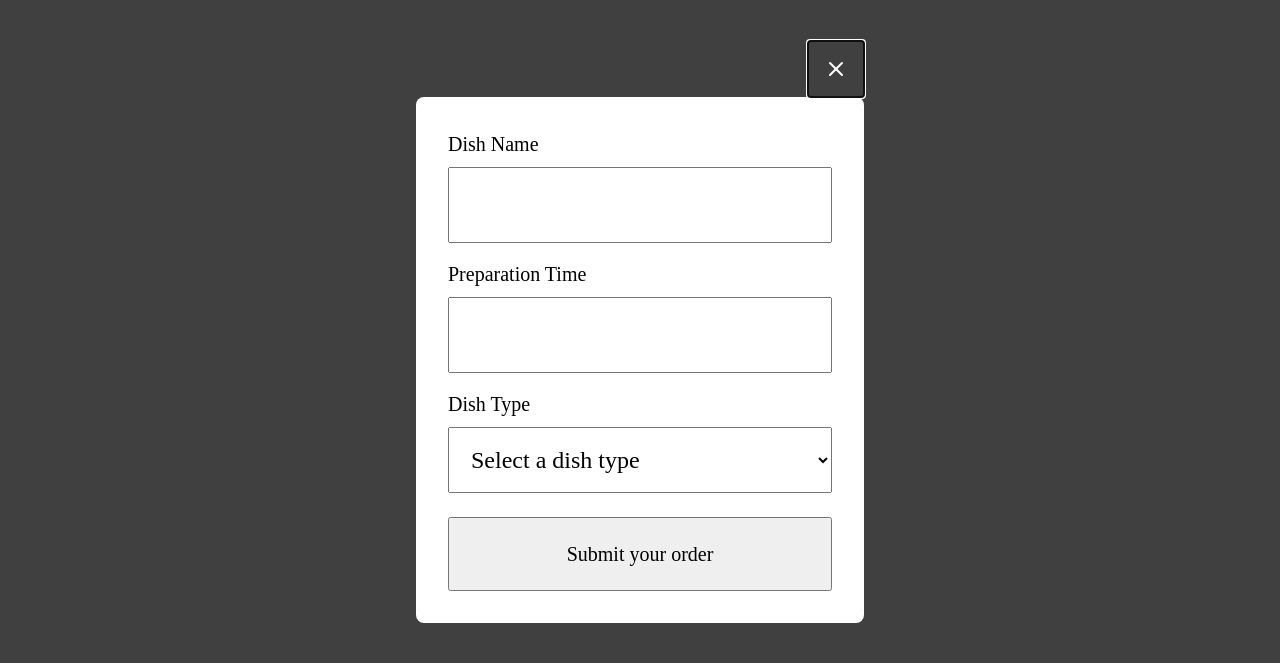
Repository: hjubsoni/hex-ocean-task
Page: /, after clicking the first element matching `button.order-button`
The author's editor kept a copy of each file at every save. The page is drawn from the files as they stood at one save, then again after the next save.
The browser window is 1280 px wide. The pictures show the whole page.
The project was rebuilt for these pictures with package versions that can differ from the ones it lists, and the page was loaded fresh each time. Also part of the build but not shown: vite.config.ts.

Above is the page before, as saved 2023-03-21 23:42:36.

After the next save:
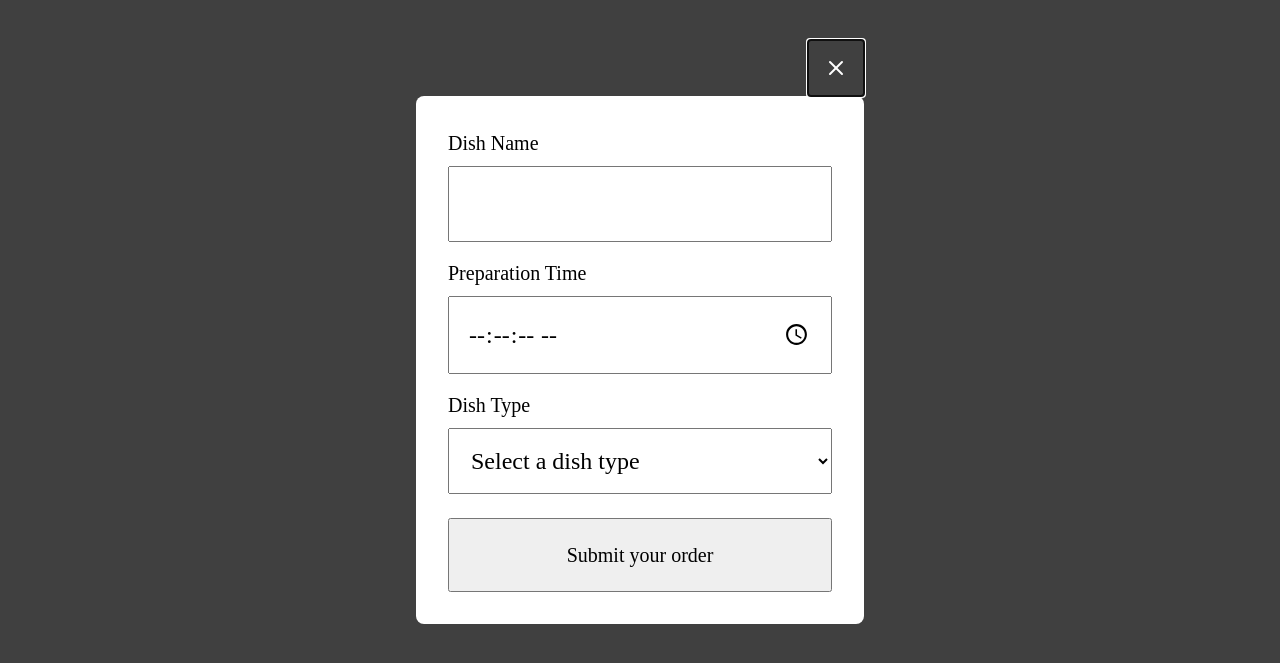
Saved 3 min 6 s later.
--- a/src/components/ModalForm/ModalForm.tsx
+++ b/src/components/ModalForm/ModalForm.tsx
@@ -69,7 +69,13 @@
             <label className="form-label" htmlFor="preparation-time">
               Preparation Time
             </label>
-            <input className="form-input" id="preparation-time" />
+            <input
+              className="form-input"
+              id="preparation-time"
+              value={order.preparation_time}
+              type="time"
+              step={1}
+            />
           </div>
           <div>
             <label className="form-label" htmlFor="dish-type">
